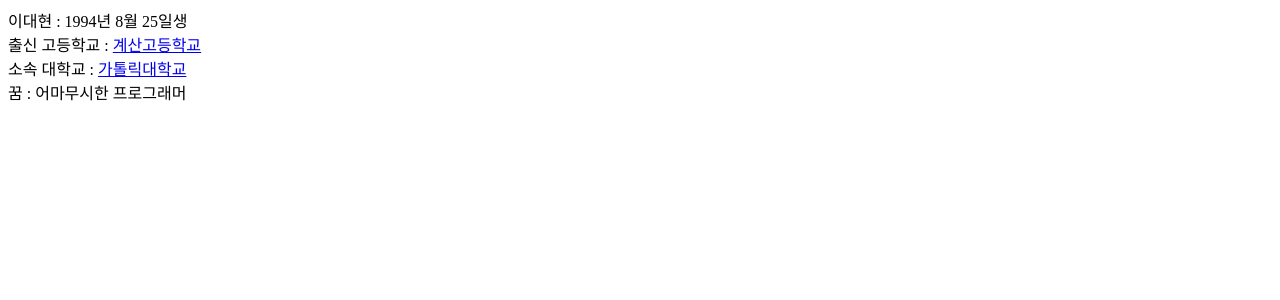
Repository: daelong/WebProject
Page: http://localhost/webproject/MyProperty.jsp
An editor plug-in stored every save of this project. The page is shown before and after the next save, followed by the edit.
The browser window is 1280 px wide. The pictures show the whole page.
The page is served by Tomcat 9. Other server files are loaded and not shown.

Above is the page before, as saved 2019-04-02 08:51:54.

### webproject/WebContent/MyProperty.jsp
<%@ page contentType="text/html; charset=EUC-KR"%>
<!DOCTYPE html>
<html>
<head>
<meta charset="EUC-KR">
<title>이대현 정보</title>
</head>
<body>
이대현 : 1994년 8월 25일생<br>
출신 고등학교 : <a href="http://gyesan.icehs.kr/main.do">계산고등학교</a><br>
소속 대학교 : <a href="https://www.catholic.ac.kr/index.do">가톨릭대학교</a><br>
꿈 : 어마무시한 프로그래머<br>
</body>
</html>

After the next save:
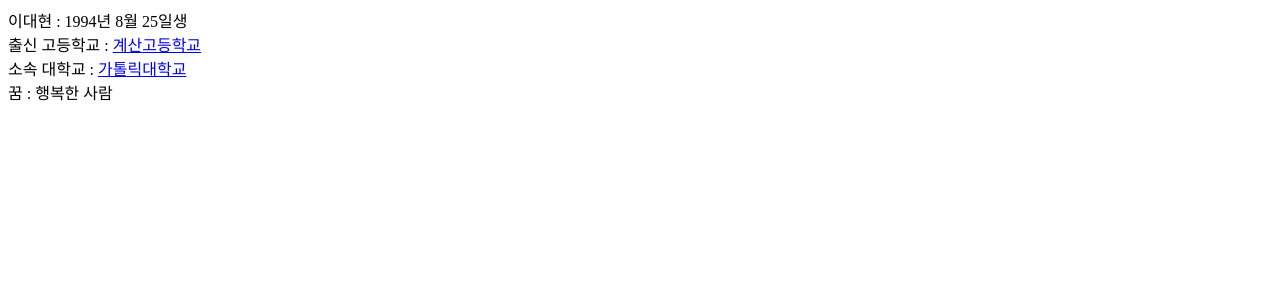
Saved 31 s later.
--- a/webproject/WebContent/MyProperty.jsp
+++ b/webproject/WebContent/MyProperty.jsp
@@ -9,6 +9,6 @@
 이대현 : 1994년 8월 25일생<br>
 출신 고등학교 : <a href="http://gyesan.icehs.kr/main.do">계산고등학교</a><br>
 소속 대학교 : <a href="https://www.catholic.ac.kr/index.do">가톨릭대학교</a><br>
-꿈 : 어마무시한 프로그래머<br>
+꿈 : 행복한 사람<br>
 </body>
 </html>
